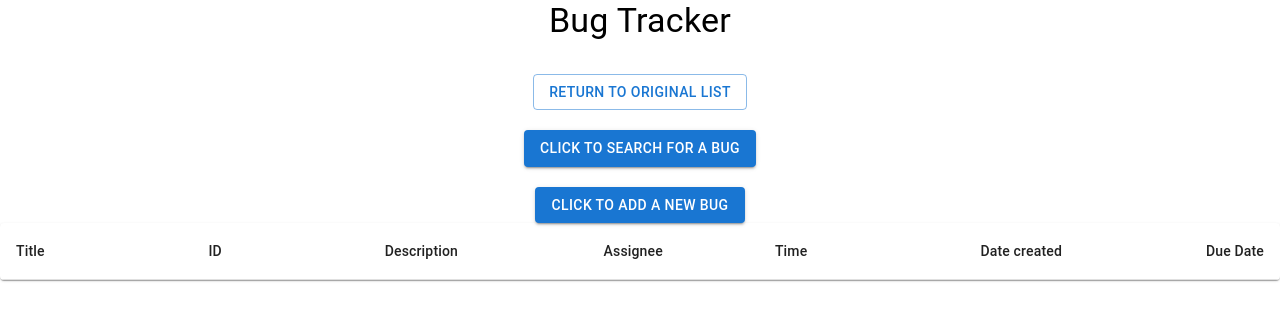
Repository: nj10deadend/RESTAPI-node-with-mongoDB
Page: /bug-table (app in client/frontend/)
The author's editor kept a copy of each file at every save. The page is drawn from the files as they stood at one save, then again after the next save.
The browser window is 1280 px wide. The pictures show the whole page.
The page's requests for data from a server got no answer. The project was rebuilt for these pictures with package versions that can differ from the ones it lists, and the page was loaded fresh each time. No one was signed in, and anything a server would have sent is missing. Also part of the build but not shown: client/frontend/src/components/BugTableCell.js, client/frontend/src/components/Signup.js.

Above is the page before, as saved 2022-01-03 13:02:42.

After the next save:
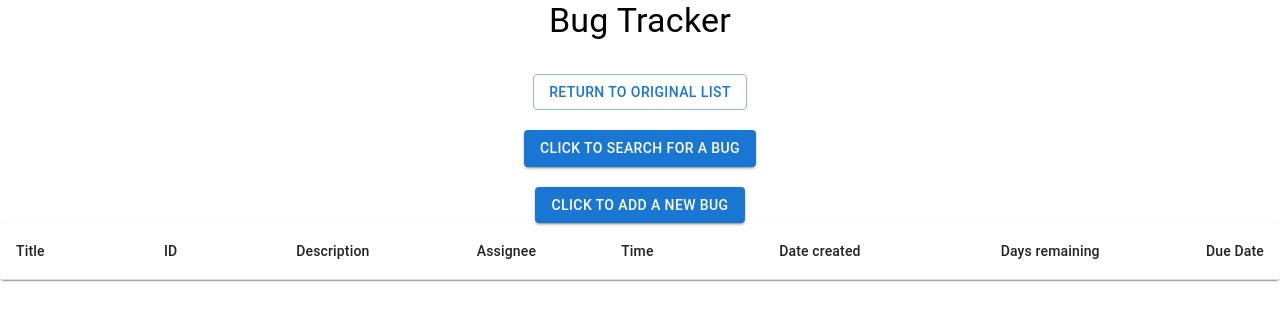
Saved 4 min 59 s later.
--- a/client/frontend/src/components/BugTable.js
+++ b/client/frontend/src/components/BugTable.js
@@ -165,6 +165,7 @@ function BugTable ({userFormData}) {
                             <TableCell align="right">Assignee</TableCell>
                             <TableCell align="right">Time</TableCell>
                             <TableCell align="right">Date created</TableCell>
+                            <TableCell align="right">Days remaining</TableCell>
                             <TableCell align="right">Due Date</TableCell>
                         </TableRow>
                     </TableHead>
